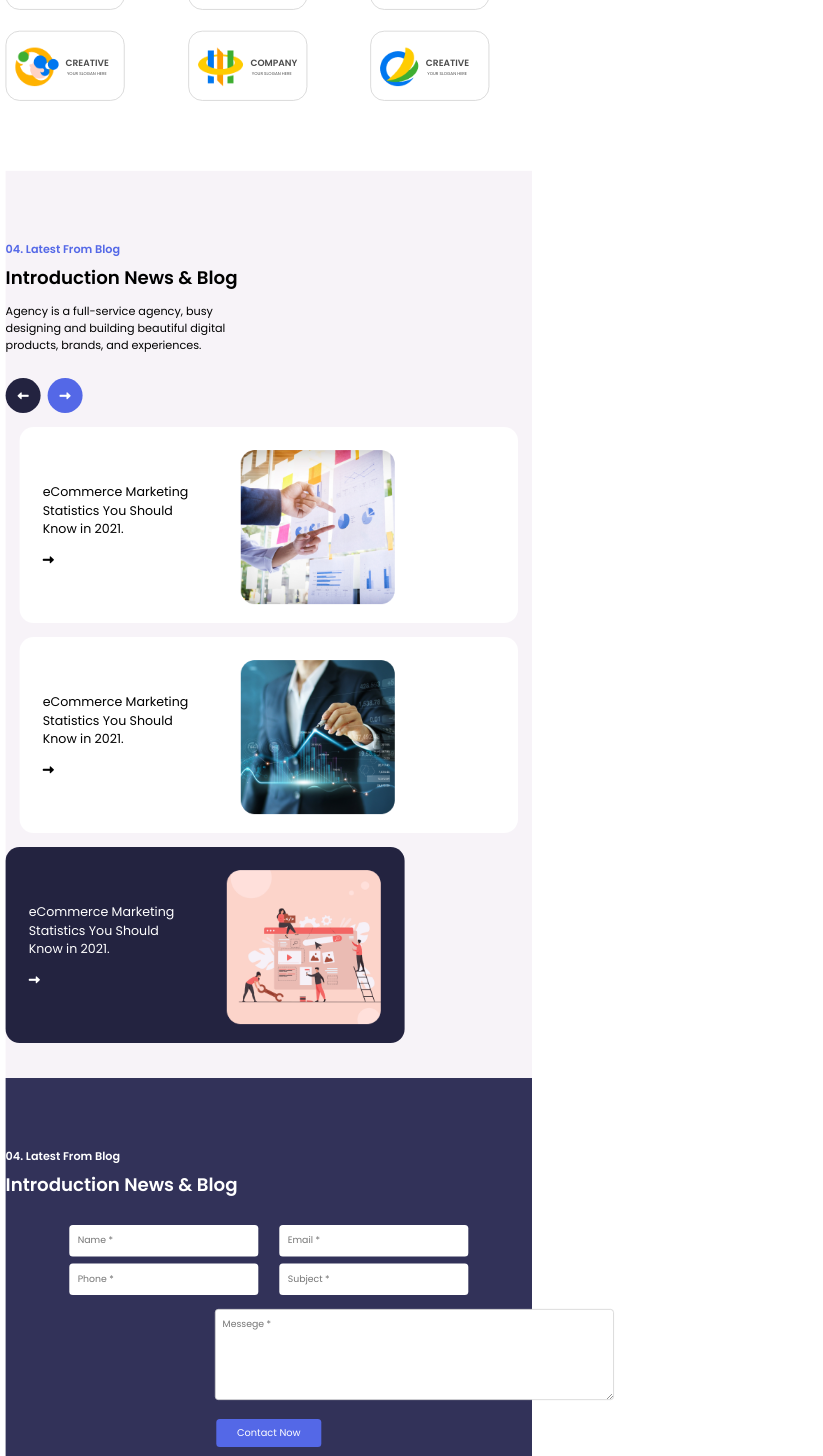
Repository: tranchi0120/LangdingPage-Htmlcss-Ago
Page: index.html
An editor plug-in stored every save of this project. The page is shown before and after the next save, followed by the edit.
The browser window is 768 px wide. The page is 1176 px wide, so the pictures cover 1176 px, including what lies to the right of the window. The pictures show the part of the page from y = 4420 to 6500 px (the page is 7476 px tall before and 7496 px after), at 70% of full size.
Some web libraries are served in a nearby version. The style sheet was rebuilt from its Sass, Less or Tailwind sources for each picture, by a compiler version that may differ from the author's.

Above is the page before, as saved 2022-08-09 18:23:40.

After the next save:
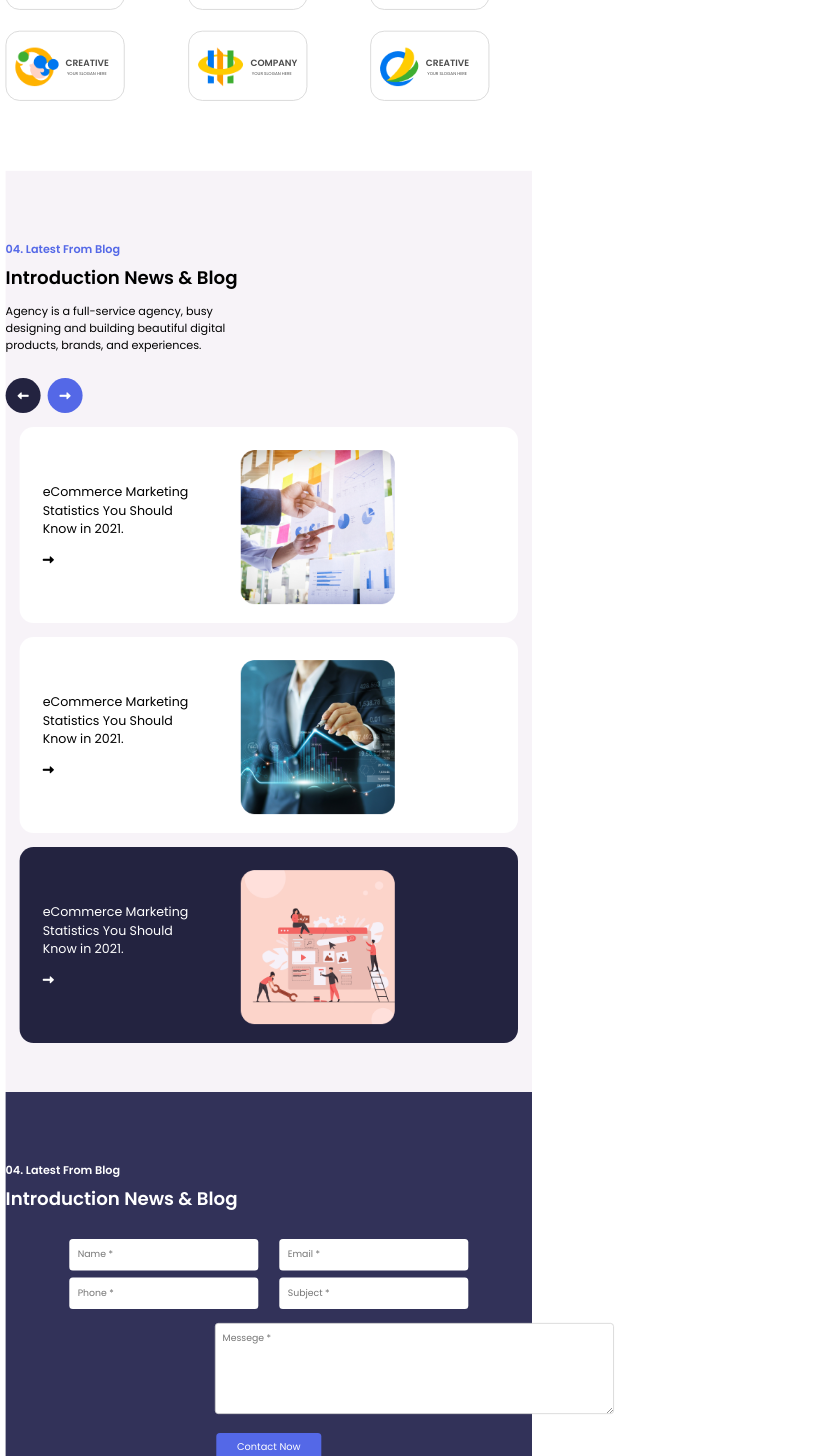
Saved 54 s later.
--- a/sass/_latest.scss
+++ b/sass/_latest.scss
@@ -113,5 +113,9 @@
             margin: 20px;
             width: inherit;
         }
+        &-groups3 {
+            margin: 20px;
+            width: inherit;
+        }
     }
 }
